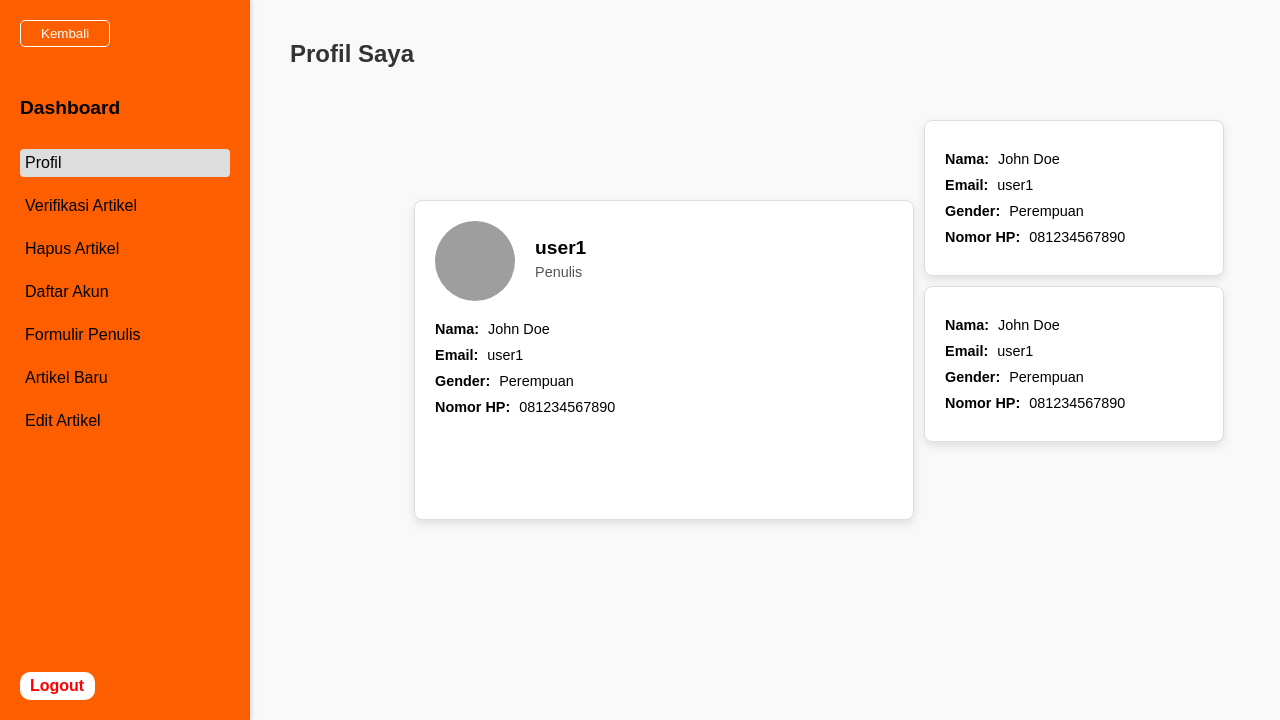
Repository: novalArd/Website_Berita_360News
Page: http://localhost/tes/Profile.php
The author's editor kept a copy of each file at every save. The page is drawn from the files as they stood at one save, then again after the next save.
The browser window is 1280 px wide. The pictures show the whole page.
Pictures or frames that could not be fetched are drawn as grey boxes. The page is run by PHP 8.4 with error messages shown; the project is at /var/www/html/. The session is filled in as if someone had signed in: {"user_id": 1, "username": "user1", "role": "admin", "nama_lengkap": "John Doe", "jenis_kelamin": "", "nomor_hp": "081234567890"}. Other server files are loaded and not shown. The database holds what the project's SQL file puts in it.

Above is the page before, as saved 2024-12-16 23:55:42.

### tes/Profile.php
<?php
session_start();
if (!isset($_SESSION['user_id'])) {
    header('Location: ../pagelogin.html'); // Redirect jika belum login
    exit;
}

require '../database.php'; // Jalur diperbarui untuk mengakses database.php dari folder tes

// Ambil data pengguna dari database berdasarkan sesi
$stmt = $conn->prepare("SELECT * FROM users WHERE id = :id");
$stmt->execute(['id' => $_SESSION['user_id']]);
$user = $stmt->fetch(PDO::FETCH_ASSOC);

if (!$user) {
    echo "Pengguna tidak ditemukan.";
    exit;
}
?>

<!DOCTYPE html>
<html lang="id">
<head>
  <meta charset="UTF-8">
  <meta name="viewport" content="width=device-width, initial-scale=1.0">
  <title>Profil Saya</title>
  <link rel="stylesheet" href="profile.css?v=1.0">
</head>
<body>
  <div class="container">
    <!-- Sidebar -->
    <aside class="sidebar">
      <div class="kembali-btn">
        <button>Kembali</button>
      </div>
    <h3>Dashboard</h3>
      <ul>
        <?php if ($_SESSION['role'] === 'admin'): ?>
        <!-- Menu untuk admin -->
        <li><a id="profil" href="admin.php">Profil</a></li>
        <li><a id="verifikasiArtikel" href="verifikasi.php">Verifikasi Artikel</a></li>
        <li><a id="hapusArtikel" href="hapus_artikel.php">Hapus Artikel</a></li>
        <li><a id="daftarAkun" href="daftar_akun.php">Daftar Akun</a></li>
        <li><a id="formulirPenulis" href="form_penulis.php">Formulir Penulis</a></li>
        <li><a id="artikelBaru" href="artikel_baru.php">Artikel Baru</a></li>
        <li><a id="editArtikel" href="edit_artikel.php">Edit Artikel</a></li>
        <?php elseif ($_SESSION['role'] === 'penulis'): ?>
        <!-- Menu untuk penulis -->
        <li><a id="profil" href="Profile.php">Profile</a></li>
        <li><a id="tambahArtikel" href="Tambah.php">Tambah Artikel</a></li>
        <li><a id="editArtikel" href="edit_artikel.php">Edit Artikel</a></li>
        <li><a id="artikelSaya" href="artikel_saya.php">Artikel Saya</a></li>
        <li><a id="hapusArtikel" href="hapus_artikel.php">Hapus Artikel</a></li>
        <?php endif; ?>
      </ul>
    <a href="../logout.php" class="logout">Logout</a>
  </aside>

    <!-- Main Content -->
    <main class="main-content">
      <h2>Profil Saya</h2>
      <div class="profile-card" id="profil-nama">
        <div class="profile-header">
          <img src="profile-pic.jpg" alt="Foto Profil" class="profile-img">
          <div>
            <h3><?php echo htmlspecialchars($user['username']); ?></h3>
            <p>Penulis</p>
          </div>
        </div>
        <div class="profile-details">
          <p><strong>Nama:</strong> <?php echo htmlspecialchars($user['nama_lengkap']); ?></p>
          <p><strong>Email:</strong> <?php echo htmlspecialchars($user['username']); ?></p>
          <p><strong>Gender:</strong> <?php echo $user['jenis_kelamin'] == 'L' ? 'Laki-laki' : 'Perempuan'; ?></p>
          <p><strong>Nomor HP:</strong> <?php echo htmlspecialchars($user['nomor_hp']); ?></p>
        </div>
      </div>
      <div class="profile-2">
      <div class="profile-card">
        <div class="profile-details">
          <p><strong>Nama:</strong> <?php echo htmlspecialchars($user['nama_lengkap']); ?></p>
          <p><strong>Email:</strong> <?php echo htmlspecialchars($user['username']); ?></p>
          <p><strong>Gender:</strong> <?php echo $user['jenis_kelamin'] == 'L' ? 'Laki-laki' : 'Perempuan'; ?></p>
          <p><strong>Nomor HP:</strong> <?php echo htmlspecialchars($user['nomor_hp']); ?></p>
        </div>
      </div>
      <div class="profile-card">
        <div class="profile-details">
          <p><strong>Nama:</strong> <?php echo htmlspecialchars($user['nama_lengkap']); ?></p>
          <p><strong>Email:</strong> <?php echo htmlspecialchars($user['username']); ?></p>
          <p><strong>Gender:</strong> <?php echo $user['jenis_kelamin'] == 'L' ? 'Laki-laki' : 'Perempuan'; ?></p>
          <p><strong>Nomor HP:</strong> <?php echo htmlspecialchars($user['nomor_hp']); ?></p>
        </div>
      </div>
      </div>
    </main>
  </div>
</body>
</html>

### database.php
<?php
$host = 'localhost';
$dbname = 'news_management';
$username = 'root'; // Sesuaikan dengan username database Anda
$password = ''; // Sesuaikan dengan password database Anda

try {
    // Membuat koneksi ke database menggunakan PDO
    $conn = new PDO("mysql:host=$host;dbname=$dbname", $username, $password);
    $conn->setAttribute(PDO::ATTR_ERRMODE, PDO::ERRMODE_EXCEPTION);
} catch (PDOException $e) {
    // Menampilkan pesan jika koneksi gagal
    echo "Connection failed: " . $e->getMessage();
    die();
}

// Fungsi untuk memeriksa keberadaan pengguna dalam database tanpa hashing password
function checkUser($username, $password) {
    global $conn;
    $stmt = $conn->prepare("SELECT * FROM users WHERE username = :username AND password = :password"); // Query SQL untuk mencari username dan password
    $stmt->execute(['username' => $username, 'password' => $password]);
    $user = $stmt->fetch(PDO::FETCH_ASSOC);

    return $user ? $user : false; // Mengembalikan data pengguna jika ditemukan, false jika tidak
}
?>

### tes/profile.css
/* Reset CSS */
* {
  margin: 0;
  padding: 0;
  box-sizing: border-box;
}
/* General Styles */
body {
  margin: 0;
  font-family: Arial, sans-serif;
  background-color: #f9f9f9;
  display: flex;
}

.container {
  display: flex;
  width: 100%;
  height: 100vh;
}

/* Sidebar */
.sidebar {
  background-color: #FD5F00;
  width: 250px;
  padding: 20px;
  display: flex;
  flex-direction: column;
  box-shadow: 2px 0 5px rgba(0, 0, 0, 0.1);
}

.sidebar .kembali-btn button {
  padding: 5px 20px;
  border: 1px solid white;
  color: white;
  background-color: #FD5F00;
  border-radius: 5px;
  transition: all 0.2s ease-in-out;
}

.sidebar .kembali-btn button:hover {
  color: black;
  background-color: white;
  border: 1px solid white;
  cursor: pointer;
}

.sidebar h3 {
  font-size: 1.2em;
  margin-bottom: 30px;
  margin-top: 50px;
}

.sidebar ul {
  list-style: none;
  padding: 0;
  margin: 0;
}

.sidebar ul li {
  margin-bottom: 15px;
}

.sidebar ul li a {
  text-decoration: none;
  color: black;
  font-size: 1em;
  padding: 5px;
  display: block;
  transition: background-color 0.3s ease;
}

.sidebar ul li #profil {
  background-color: #ddd;
  border-radius: 4px;
}

.sidebar ul li a:hover {
  background-color: #ddd;
  border-radius: 4px;
}

.logout {
  width: 75px;
  margin-top: auto;
  color: red;
  background-color: white;
  font-weight: bold;
  text-decoration: none;
  padding: 5px 10px;
  display: inline-block;
  border-radius: 10px;
}

.logout:hover {
  background-color: #fdd;
  border-radius: 10px;
}

/* Main Content */
.main-content {
  display: flex;
  padding: 40px;
}

.main-content h2 {
  margin-bottom: 20px;
  font-size: 1.5em;
  color: #333;
  text-align: center;
  margin-bottom: 20px;
}

/* Profile Card */
.profile-card {
  background-color: #fff;
  border: 1px solid #ddd;
  border-radius: 8px;
  box-shadow: 0 4px 10px rgba(0, 0, 0, 0.1);
  padding: 20px;
  max-width: 600px;
  width: 500px;
  margin: auto;
}

.container #profil-nama {
  height: 320px;
}

.profile-2 {
  margin-top: 70px;
}

.profile-2 .profile-card {
  margin: 10px;
  width: 300px;
}

.profile-header {
  display: flex;
  align-items: center;
  margin-bottom: 20px;
}

.profile-img {
  width: 80px;
  height: 80px;
  border-radius: 50%;
  margin-right: 20px;
}

.profile-header h3 {
  margin: 0;
  font-size: 1.2em;
}

.profile-header p {
  margin: 5px 0;
  color: #555;
  font-size: 0.9em;
}

.profile-details p {
  margin: 10px 0;
  font-size: 0.9em;
}

.profile-details p strong {
  font-weight: bold;
  margin-right: 5px;
}

.article-form {
  background-color: #fff;
  padding: 20px;
  border-radius: 8px;
  box-shadow: 0 4px 10px rgba(0, 0, 0, 0.1);
  max-width: 600px;
  margin: auto;
}

.form-group {
  margin-bottom: 20px;
}

.form-group label {
  display: block;
  margin-bottom: 8px;
  font-weight: bold;
}

.form-group input,
.form-group textarea,
.form-group select {
  width: 100%;
  padding: 10px;
  font-size: 1em;
  border: 1px solid #ddd;
  border-radius: 4px;
  box-sizing: border-box;
}

textarea {
  resize: none;
}

.btn-submit {
  background-color: #4CAF50;
  color: #fff;
  border: none;
  padding: 10px 20px;
  font-size: 1em;
  border-radius: 4px;
  cursor: pointer;
  transition: background-color 0.3s ease;
}

.btn-submit:hover {
  background-color: #45a049;
}

.form-group select {
  width: 100%;
  padding: 10px;
  font-size: 1em;
  border: 1px solid #ddd;
  border-radius: 4px;
  box-sizing: border-box;
  margin-bottom: 10px;
}

### news_management.sql (the tables this page reads)
CREATE TABLE `users` (
  `id` int(11) NOT NULL,
  `username` varchar(255) NOT NULL,
  `password` varchar(255) NOT NULL,
  `role` enum('admin','penulis','pengguna') DEFAULT 'pengguna',
  `nama_lengkap` varchar(255) NOT NULL,
  `jenis_kelamin` enum('L','P') NOT NULL,
  `nomor_hp` varchar(15) NOT NULL,
  `email` varchar(100) DEFAULT NULL,
  `created_at` datetime NOT NULL DEFAULT current_timestamp()
) ENGINE=InnoDB DEFAULT CHARSET=utf8mb4 COLLATE=utf8mb4_general_ci;

INSERT INTO `users` (`id`, `username`, `password`, `role`, `nama_lengkap`, `jenis_kelamin`, `nomor_hp`, `email`, `created_at`) VALUES
(1, 'user1', 'password123', 'admin', 'John Doe', '', '081234567890', NULL, '2024-12-13 14:24:59'),
(2, 'user2', 'mypassword', 'admin', 'Jane Doe', '', '082345678901', NULL, '2024-12-13 14:24:59'),
(3, 'user3', 'alexpass', 'admin', 'Alex Smith', '', '083456789012', NULL, '2024-12-13 14:24:59'),
(4, 'admin01', 'password123', 'admin', 'Admin Satu', 'L', '081234567890', 'admin01@example.com', '2024-12-13 14:26:12'),
(5, 'Alex', 'password123', 'penulis', 'Alex Hunter', 'L', '082345678901', 'penulis01@example.com', '2024-12-13 14:26:12'),
(6, 'Edho', 'password123', 'penulis', 'Penulis Dua', 'L', '083456789012', 'penulis02@example.com', '2024-12-13 14:26:12'),
(7, 'EdhoGanteng', '1234', 'pengguna', 'Agustino Edward', 'L', '082123234331', 'edho@gmail.com', '2024-12-24 04:21:20'),
(8, 'Ferry', '1234', 'pengguna', 'Josua', 'L', '', 'sted.se@anup1.com', '2024-12-31 01:01:48');

ALTER TABLE `users`
  ADD PRIMARY KEY (`id`),
  ADD UNIQUE KEY `username` (`username`),
  ADD UNIQUE KEY `email` (`email`);

ALTER TABLE `users`
  MODIFY `id` int(11) NOT NULL AUTO_INCREMENT, AUTO_INCREMENT=9;

After the next save:
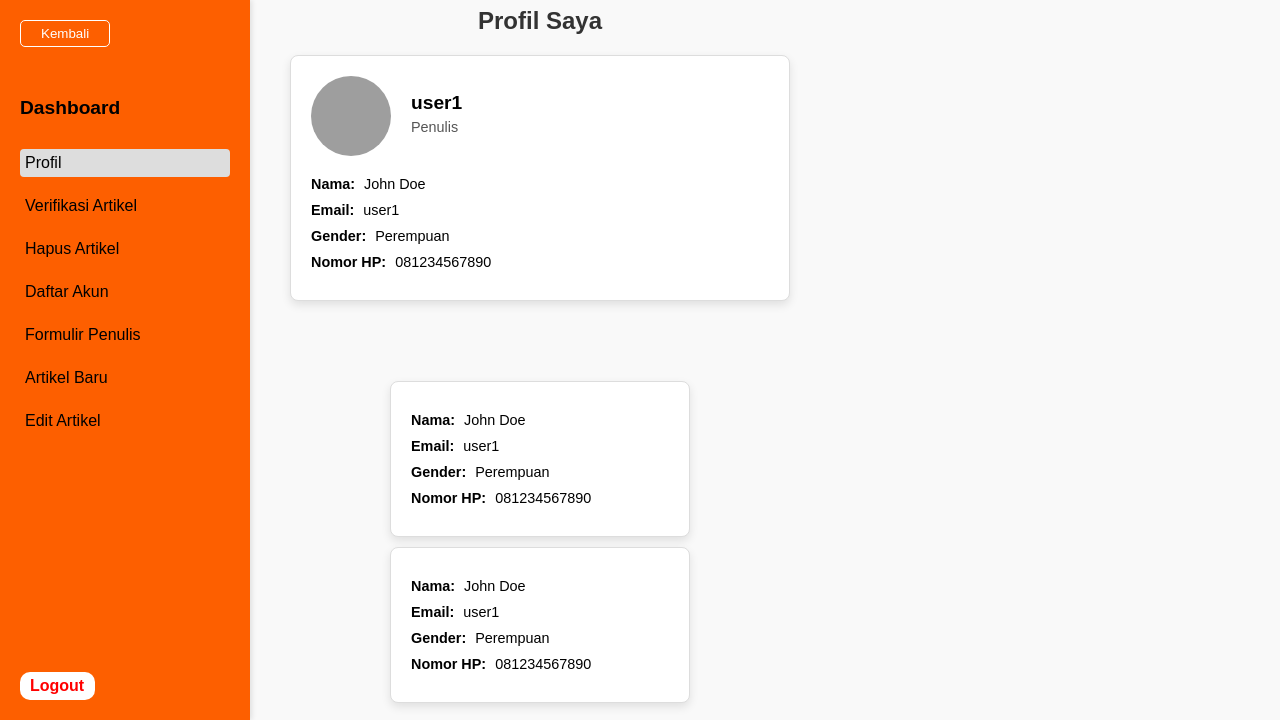
Saved 2 min 51 s later.
--- a/tes/profile.css
+++ b/tes/profile.css
@@ -100,6 +100,9 @@
 .main-content {
   display: flex;
   padding: 40px;
+  flex-direction: column; /* Tambahkan ini */
+  justify-content: center; /* Tambahkan ini */
+  align-items: center; /* Tambahkan ini */
 }
 
 .main-content h2 {

After the save that followed:
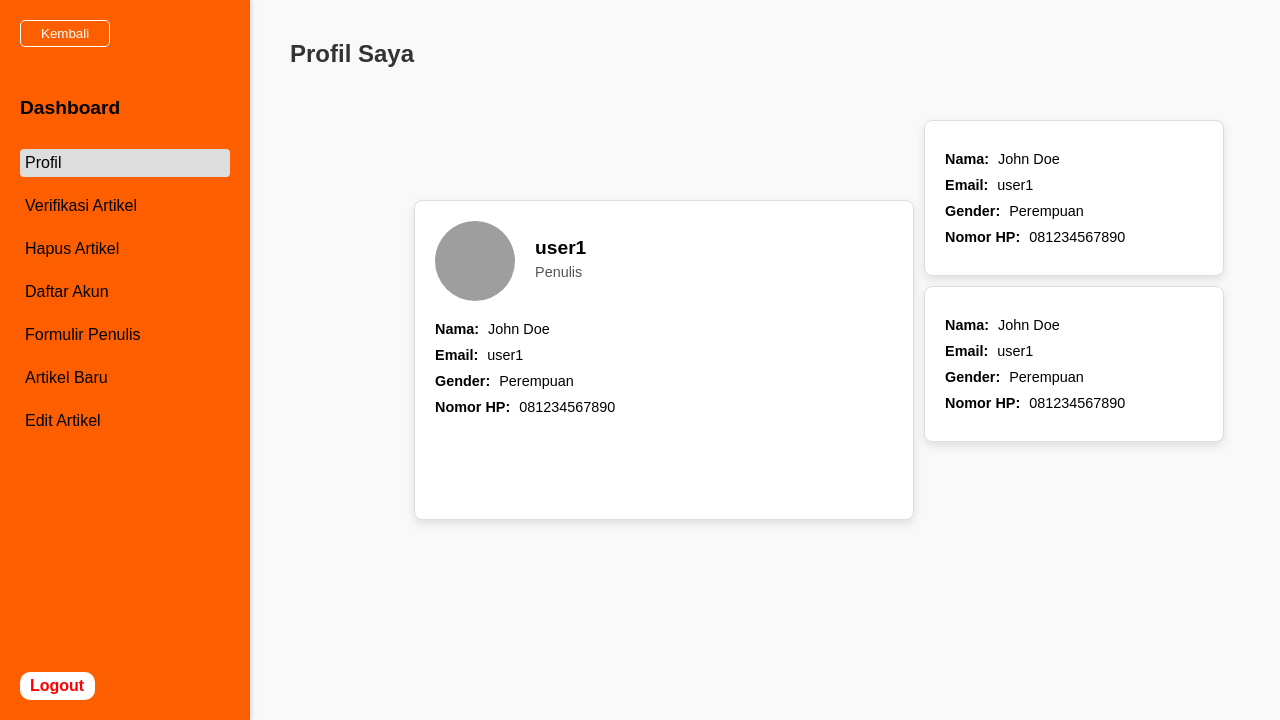
Saved 29 s later.
--- a/tes/profile.css
+++ b/tes/profile.css
@@ -100,9 +100,6 @@
 .main-content {
   display: flex;
   padding: 40px;
-  flex-direction: column; /* Tambahkan ini */
-  justify-content: center; /* Tambahkan ini */
-  align-items: center; /* Tambahkan ini */
 }
 
 .main-content h2 {
